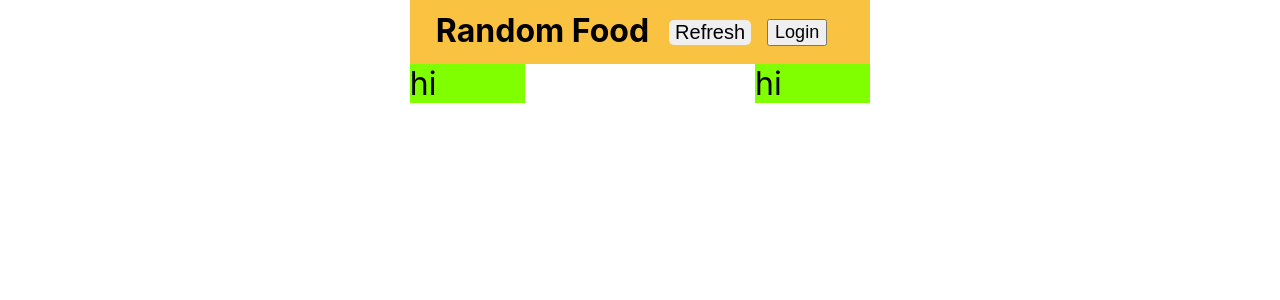
Repository: limjoohyun2030/random-food
Page: /random-food/home
An editor plug-in stored every save of this project. The page is shown before and after the next save, followed by the edit.
The browser window is 1280 px wide. The pictures show the whole page.
The page's requests for data from a server got no answer. The project was rebuilt for these pictures with package versions that can differ from the ones it lists, and the page was loaded fresh each time. A package was used in the major version that the imports need, not the one package.json lists. No one was signed in, and anything a server would have sent is missing. Also part of the build but not shown: src/components/food_detail/food_detail.module.css, src/components/food_detail/food_detail.jsx, src/components/food_item/food_item.module.css, src/components/food_item/food_item.jsx, src/components/login/login.module.css, src/components/login/login.jsx.

Above is the page before, as saved 2021-11-11 02:24:46.

After the next save:
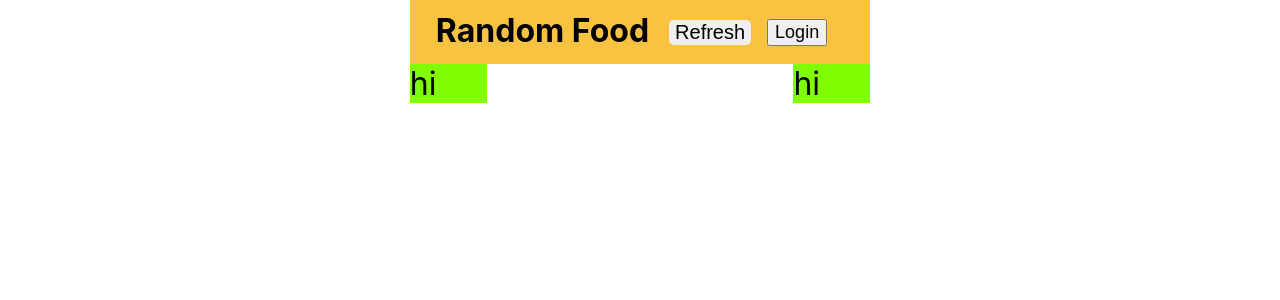
Saved 11 s later.
--- a/src/components/food_list/food_list.module.css
+++ b/src/components/food_list/food_list.module.css
@@ -16,13 +16,13 @@
 .sidebarLeft {
   background-color: chartreuse;
   font-size: 2em;
-  width: 40%;
+  width: 20%;
 }
 
 .sidebarRight {
   background-color: chartreuse;
   font-size: 2em;
-  width: 40%;
+  width: 20%;
 }
 
 @media screen and (max-width: 769px) {
